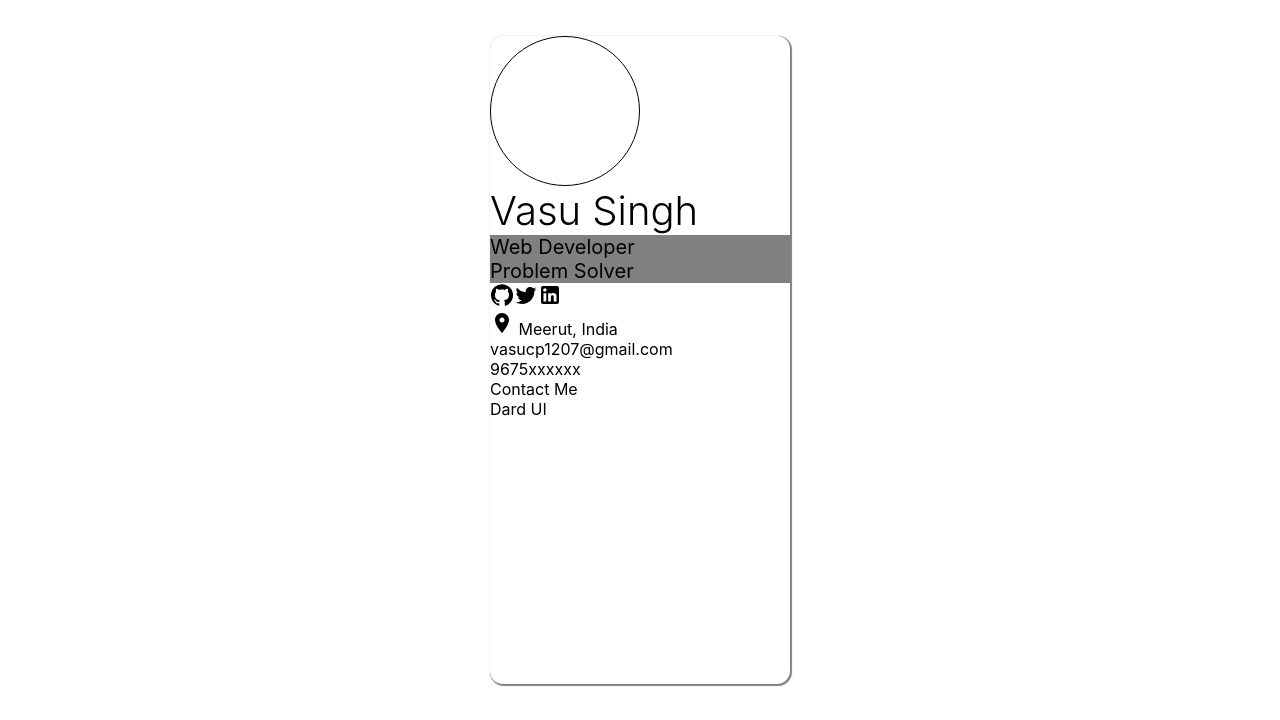
Repository: vasucp1207/grid-port
Page: /about
An editor plug-in stored every save of this project. The page is shown before and after the next save, followed by the edit.
The browser window is 1280 px wide. The pictures show the whole page.
Some web fonts or font styles are not loaded; a fallback is used. The project was rebuilt for these pictures with package versions that can differ from the ones it lists, and the page was loaded fresh each time. Also part of the build but not shown: src/pages/Home.js, src/pages/Projects.js.

Above is the page before, as saved 2022-08-16 22:14:13.

After the next save:
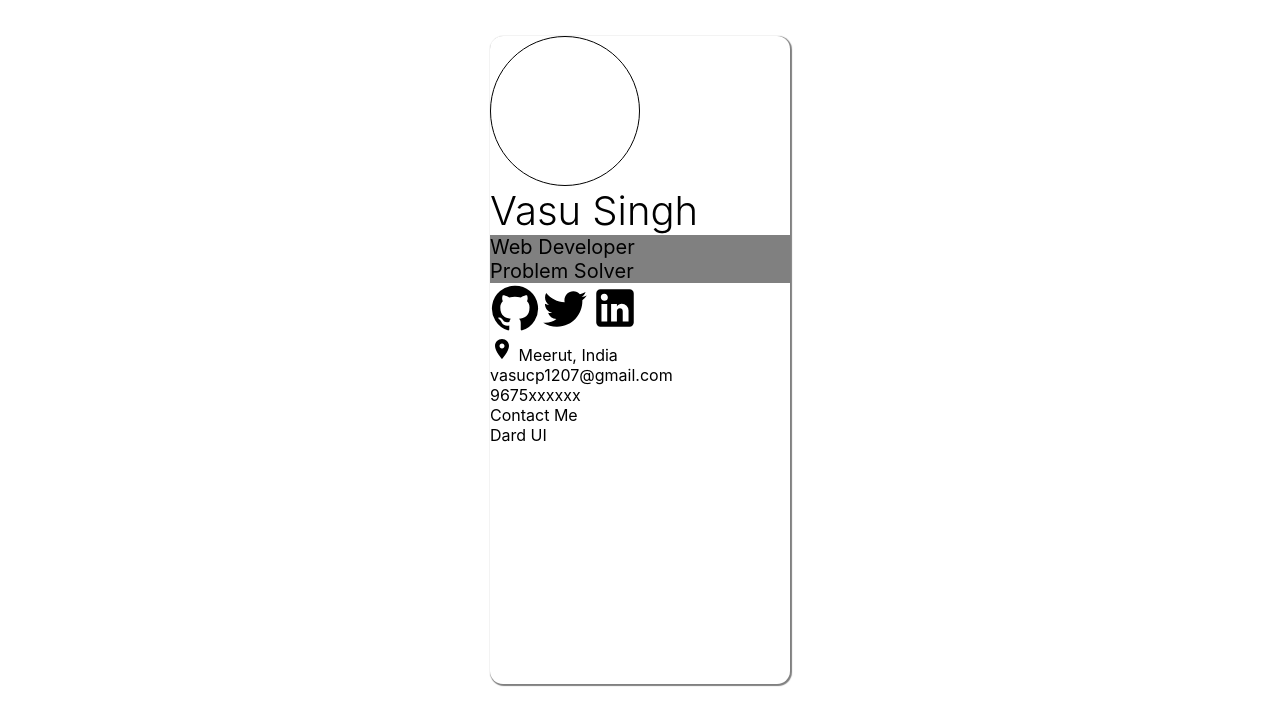
Saved 15 s later.
--- a/src/pages/AboutMe.js
+++ b/src/pages/AboutMe.js
@@ -90,7 +90,7 @@ const Left = styled.div`
         background: gray;
     }
 
-    .iocns{
+    .icons{
         height: 50px;
         width: 50px;
     }
